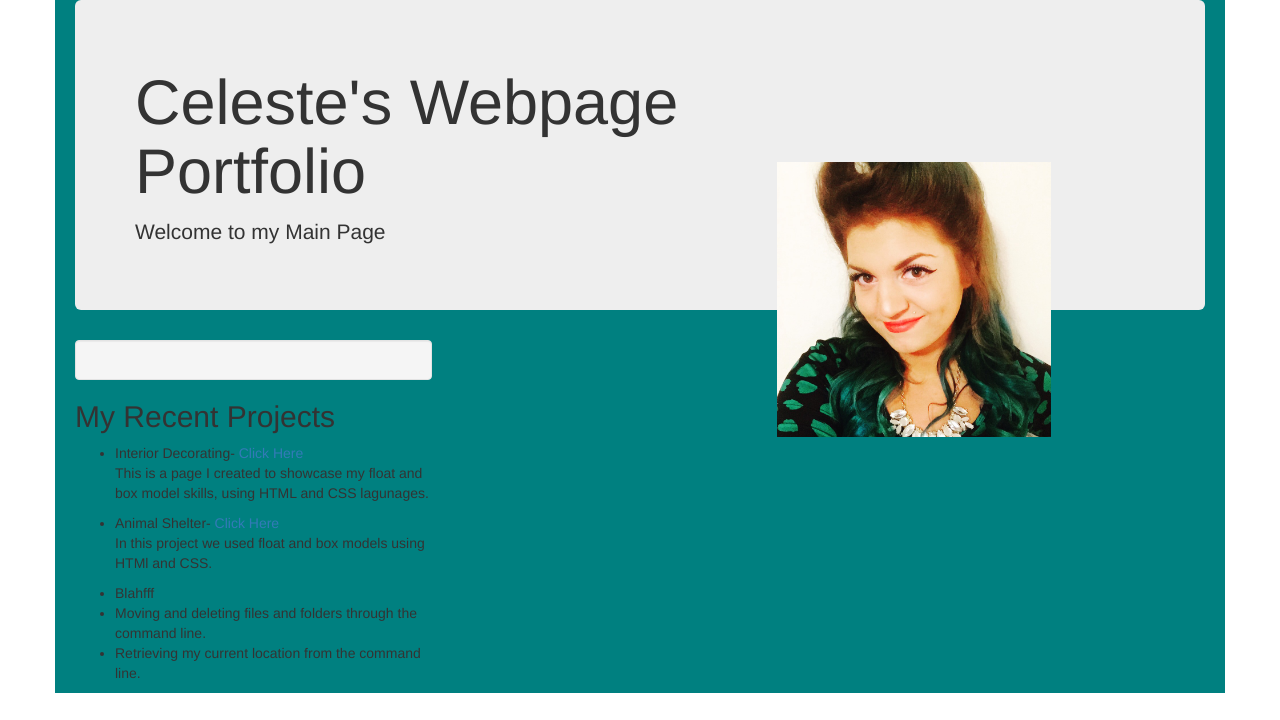
Repository: fieldceleste/portfolio-celeste
Page: portfolio-celeste.html
An editor plug-in stored every save of this project. The page is shown before and after the next save, followed by the edit.
The browser window is 1280 px wide. The pictures show the whole page.

Above is the page before, as saved 2019-11-01 15:20:13.

After the next save:
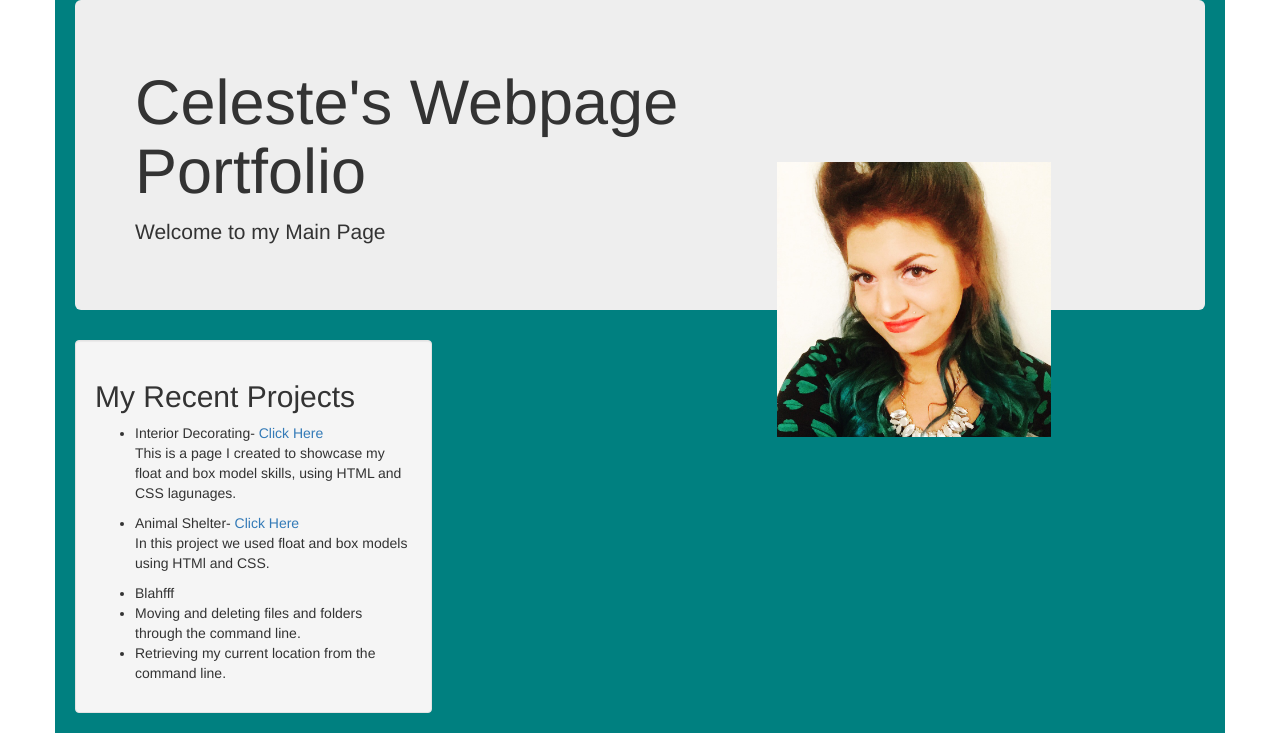
Saved 47 s later.
--- a/portfolio-celeste.html
+++ b/portfolio-celeste.html
@@ -14,9 +14,7 @@
     <div class="row">
       <div class="col-md-4">
         <div class="well">
-
-             </div>
-            <h2>My Recent Projects</h2>
+         <h2>My Recent Projects</h2>
               <ul>
                  <li>Interior Decorating- <a herf="https://github.com/fieldceleste/interior-decorator">Click Here</a><p>This is a page I created to showcase my float and box model skills, using HTML and CSS lagunages.</p></li>
                   <li>Animal Shelter- <a herf="https://github.com/fieldceleste/animal-shelter">Click Here</a><p>In this project we used float and box models using HTMl and CSS.</p></li>
